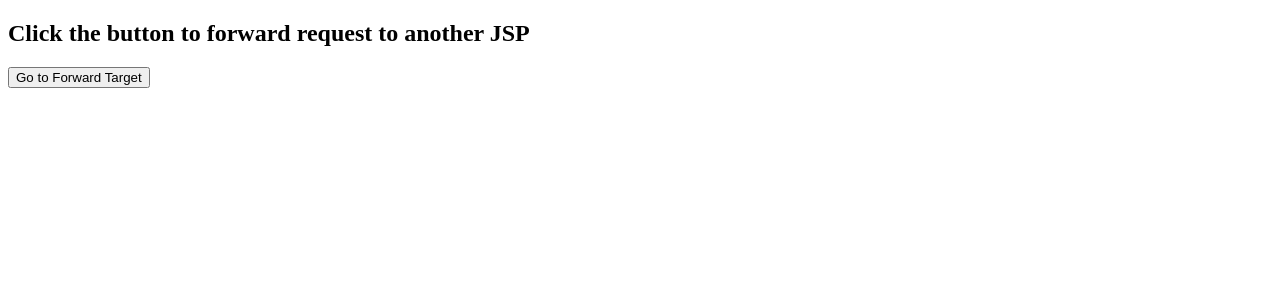
Repository: 2303051050877-coder/EP_PRACTICALS
Page: http://localhost/Practical-4-JSP/forwardSource.jsp
These files come from the project's save history. The page is drawn as it stood at one moment and after the next save; the edit follows.
The browser window is 1280 px wide. The pictures show the whole page.
The page is served by Tomcat 9.

Above is the page before, as saved 2025-09-25 16:01:45.

### Practical-4-JSP/src/main/webapp/forwardSource.jsp
<%@ page language="java" contentType="text/html; charset=UTF-8" pageEncoding="UTF-8"%>
<!DOCTYPE html>
<html>
<head>
    <title>Forward Example</title>
</head>
<body>
    <h2>Click the button to forward request to another JSP</h2>

    <form method="post">
        <input type="submit" name="forwardBtn" value="Go to Forward Target">
    </form>

    <%
        // If the button was clicked
        if (request.getParameter("forwardBtn") != null) {
    %>
        <jsp:forward page="forwardTarget.jsp" />
    <%
        }
    %>
</body>
</html>

After the next save:
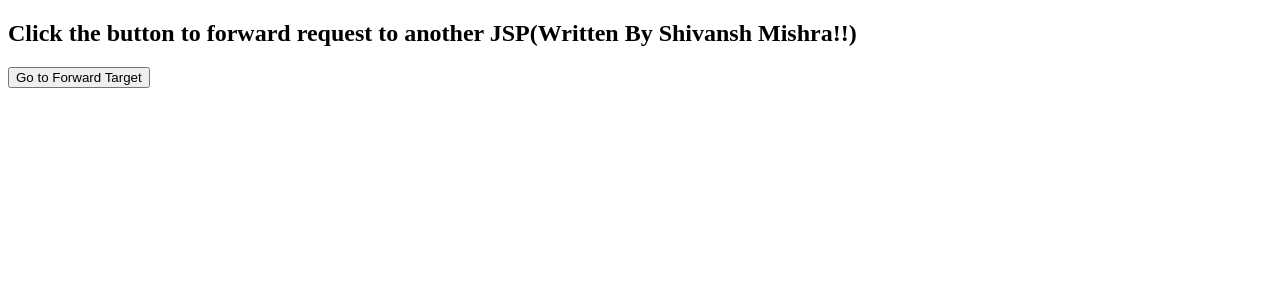
Saved 21 s later.
--- a/Practical-4-JSP/src/main/webapp/forwardSource.jsp
+++ b/Practical-4-JSP/src/main/webapp/forwardSource.jsp
@@ -5,7 +5,7 @@
     <title>Forward Example</title>
 </head>
 <body>
-    <h2>Click the button to forward request to another JSP</h2>
+    <h2>Click the button to forward request to another JSP(Written By Shivansh Mishra!!)</h2>
 
     <form method="post">
         <input type="submit" name="forwardBtn" value="Go to Forward Target">
